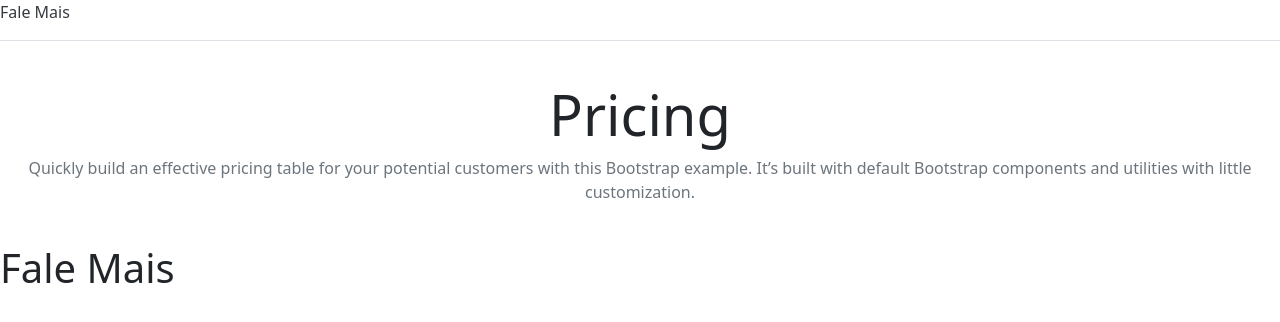
Repository: JuniorMagalhaesDeAlcantara/Fale-Mais
Page: src/resource/index.html
An editor plug-in stored every save of this project. The page is shown before and after the next save, followed by the edit.
The browser window is 1280 px wide. The pictures show the whole page.

Above is the page before, as saved 2022-08-02 13:51:04.

### src/resource/index.html
<!DOCTYPE html>
<html lang="pt-br">
<head>
  <meta charset="UTF-8">
  <meta name="viewport" content="width=device-width, initial-scale=1.0">
  <title>Fale Mais</title>
  <link rel="stylesheet" href="https://stackpath.bootstrapcdn.com/bootstrap/5.0.0-alpha1/css/bootstrap.min.css" integrity="sha384-r4NyP46KrjDleawBgD5tp8Y7UzmLA05oM1iAEQ17CSuDqnUK2+k9luXQOfXJCJ4I" crossorigin="anonymous">
  <script src="https://cdn.jsdelivr.net/npm/popper.js@1.16.0/dist/umd/popper.min.js" integrity="sha384-Q6E9RHvbIyZFJoft+2mJbHaEWldlvI9IOYy5n3zV9zzTtmI3UksdQRVvoxMfooAo" crossorigin="anonymous"></script>
  <script src="https://stackpath.bootstrapcdn.com/bootstrap/5.0.0-alpha1/js/bootstrap.min.js" integrity="sha384-oesi62hOLfzrys4LxRF63OJCXdXDipiYWBnvTl9Y9/TRlw5xlKIEHpNyvvDShgf/" crossorigin="anonymous"></script>
</head>
<body>
    <header>
        <div class="d-flex flex-column flex-md-row align-items-center pb-3 mb-4 border-bottom">
          <a href="/" class="d-flex align-items-center text-dark text-decoration-none">
             <span class="fs-4">Fale Mais</span>
          </a>
        </div>

        <div class="pricing-header p-3 pb-md-4 mx-auto text-center">
          <h1 class="display-4 fw-normal">Pricing</h1>
          <p class="fs-5 text-muted">Quickly build an effective pricing table for your potential customers with this Bootstrap example. It’s built with default Bootstrap components and utilities with little customization.</p>
        </div>
      </header>
<h1>Fale Mais</h1>
</body>
</html>

After the next save:
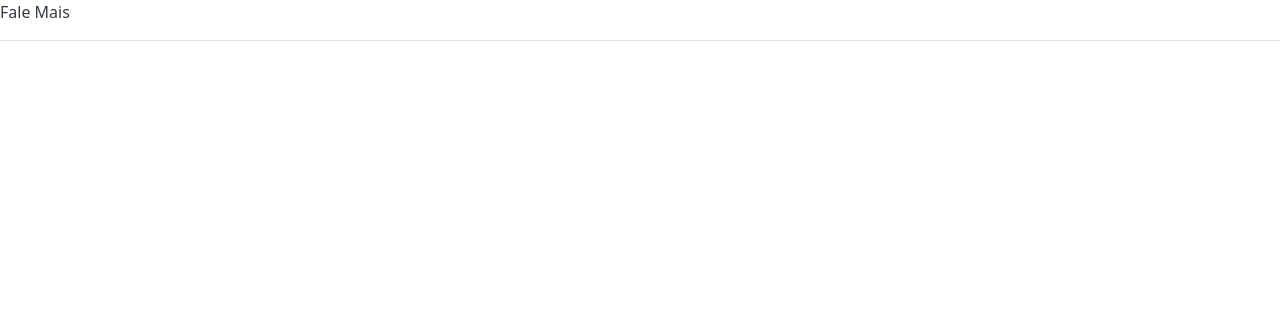
Saved 27 s later.
--- a/src/resource/index.html
+++ b/src/resource/index.html
@@ -15,12 +15,6 @@
              <span class="fs-4">Fale Mais</span>
           </a>
         </div>
-
-        <div class="pricing-header p-3 pb-md-4 mx-auto text-center">
-          <h1 class="display-4 fw-normal">Pricing</h1>
-          <p class="fs-5 text-muted">Quickly build an effective pricing table for your potential customers with this Bootstrap example. It’s built with default Bootstrap components and utilities with little customization.</p>
-        </div>
       </header>
-<h1>Fale Mais</h1>
 </body>
 </html>
